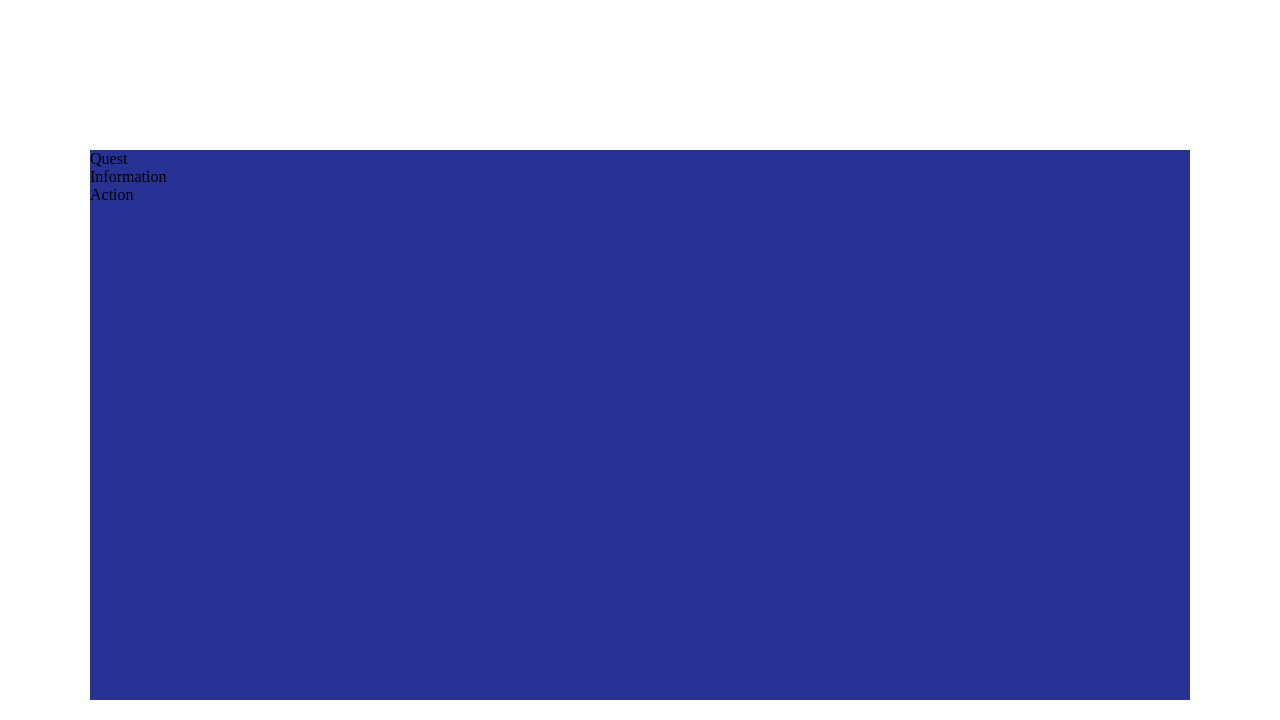
Repository: rahulnag7963/UBCHacks4.0
Page: /
These files come from the project's save history. The page is drawn as it stood at one moment and after the next save; the edit follows.
The browser window is 1280 px wide. The pictures show the whole page.
The project was rebuilt for these pictures with package versions that can differ from the ones it lists, and the page was loaded fresh each time.

Above is the page before, as saved 2022-11-26 02:30:53.

### public/index.html
<!DOCTYPE html>
<html lang="en">
  <head>
    <meta charset="utf-8" />
    <link rel="icon" href="%PUBLIC_URL%/favicon.ico" />
    <meta name="viewport" content="width=device-width, initial-scale=1" />
    <meta name="theme-color" content="#000000" />
    <meta
      name="description"
      content="Web site created using create-react-app"
    />
    <link rel="apple-touch-icon" href="%PUBLIC_URL%/logo192.png" />
    <link rel="manifest" href="%PUBLIC_URL%/manifest.json" />
    <title>BC Hacks 4.0 Game</title>
  </head>
  <body>
    <noscript>You need to enable JavaScript to run this app.</noscript>
    <div id="root"></div>
  </body>
</html>

### src/index.tsx
import React from 'react';
import ReactDOM from 'react-dom/client';
import './index.css';
import App from './app';

const root = ReactDOM.createRoot(
  document.getElementById('root') as HTMLElement
);

root.render(
  <React.StrictMode>
    <App />
  </React.StrictMode>
);

### src/app.tsx
import React from "react";
import "./app.css";
import Quest from "./Components/Quest";
import Information from "./Components/Information";
import Action from "./Components/Action";
function app() {
  return (
    <div className="app">
      <div className="Components">
        <Quest />
        <Information />
        <Action />
      </div>
    </div>
  );
}

export default app;

### src/app.css
.app {
    height: 550px;
    width: 1100px;
    background-color: rgb(39, 50, 148);
    margin-left: auto;
    margin-right: auto;
    margin-top: 150px;


}

.component {
    text-align: center;
    padding: 250px;
}

### src/Components/Quest.tsx
import React from 'react'

const Quest = () => {
  return (
    <div>Quest</div>
  )
}

export default Quest

### src/Components/Information.tsx
import React from 'react'

const Information = () => {
  return (
    <div>Information</div>
  )
}

export default Information

### src/Components/Action.tsx
import React from 'react'

const Action = () => {
  return (
    <div>Action</div>
  )
}

export default Action

Loaded but not shown: src/index.css (common file)

After the next save:
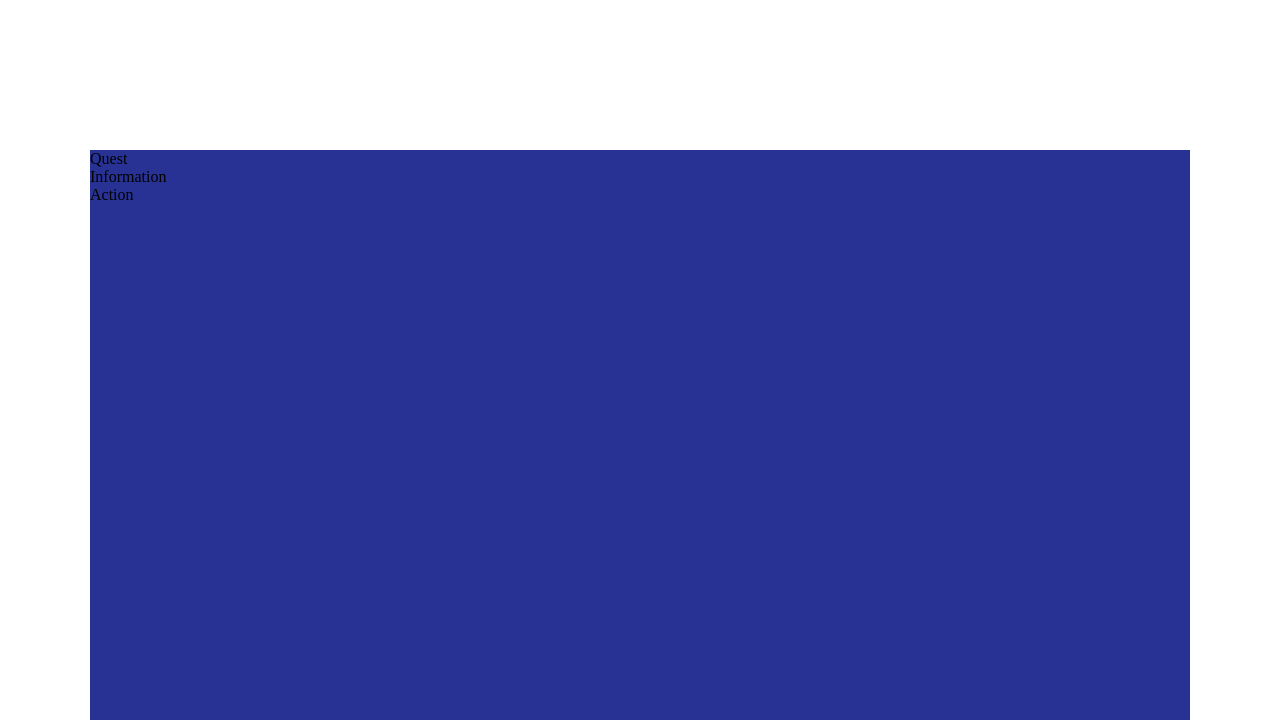
Saved 16 s later.
--- a/src/app.css
+++ b/src/app.css
@@ -1,5 +1,5 @@
 .app {
-    height: 550px;
+    height: 570px;
     width: 1100px;
     background-color: rgb(39, 50, 148);
     margin-left: auto;
